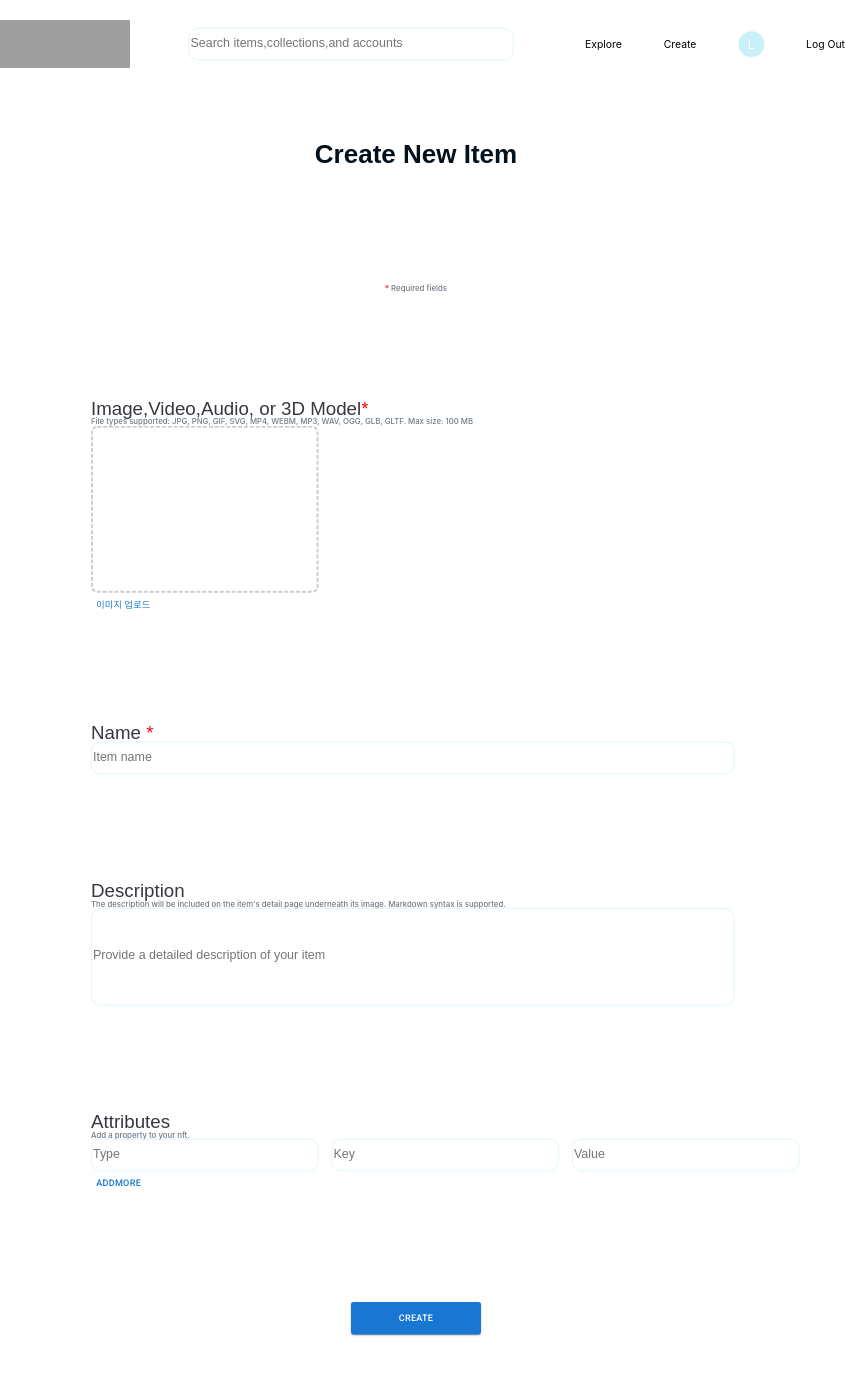
Repository: just-do-halee/beb-03-CryptoSea
Page: /create (app in client/)
These files come from the project's save history. The page is drawn as it stood at one moment and after the next save; the edit follows.
The browser window is 1280 px wide. The page is 1300 px wide, so the pictures cover 1300 px, including what lies to the right of the window. The pictures show the whole page, at 65% of full size.
Pictures or frames that could not be fetched are drawn as grey boxes. The project was rebuilt for these pictures with package versions that can differ from the ones it lists, and the page was loaded fresh each time. Also part of the build but not shown: client/src/components/mainPage/Section.js, client/src/components/mainPage/Category.js, client/src/components/mainPage/VideoSection.js, client/src/components/mainPage/Footbar.js, client/src/routers/page/MainPage.js, client/src/components/common/NFT.js, client/src/routers/page/MyAccount.js. Imported but missing from the stored project, and not drawn on this page: client/src/web3/web3.

Above is the page before, as saved 2022-04-14 13:55:37.

### client/public/index.html
<!DOCTYPE html>
<html lang="en">
  <head>
    <meta charset="utf-8" />
    <link rel="icon" href="%PUBLIC_URL%/favicon.ico" />
    <meta name="viewport" content="width=device-width, initial-scale=1" />
    <meta name="theme-color" content="#000000" />
    <meta
      name="description"
      content="Web site created using create-react-app"
    />
    <link rel="apple-touch-icon" href="%PUBLIC_URL%/logo192.png" />
    <!--
      manifest.json provides metadata used when your web app is installed on a
      user's mobile device or desktop. See https://developers.google.com/web/fundamentals/web-app-manifest/
    -->
    <link rel="manifest" href="%PUBLIC_URL%/manifest.json" />
    <!--
      Notice the use of %PUBLIC_URL% in the tags above.
      It will be replaced with the URL of the `public` folder during the build.
      Only files inside the `public` folder can be referenced from the HTML.

      Unlike "/favicon.ico" or "favicon.ico", "%PUBLIC_URL%/favicon.ico" will
      work correctly both with client-side routing and a non-root public URL.
      Learn how to configure a non-root public URL by running `npm run build`.
    -->

    <link
      rel="stylesheet"
      href="https://fonts.googleapis.com/css?family=Roboto:300,400,500,700&display=swap"
    />
    <!--google-font -->
    <link
      rel="stylesheet"
      href="https://fonts.googleapis.com/icon?family=Material+Icons"
    />
    <!-- google-font-icon -->

    <title>React App</title>
  </head>
  <body>
    <noscript>You need to enable JavaScript to run this app.</noscript>
    <div id="root"></div>
    <!--
      This HTML file is a template.
      If you open it directly in the browser, you will see an empty page.

      You can add webfonts, meta tags, or analytics to this file.
      The build step will place the bundled scripts into the <body> tag.

      To begin the development, run `npm start` or `yarn start`.
      To create a production bundle, use `npm run build` or `yarn build`.
    -->
  </body>
</html>

### client/src/index.js
import React from 'react';
import ReactDOM from 'react-dom/client';
import { BrowserRouter } from 'react-router-dom';
import { Provider } from 'react-redux';
import App from './components/App.js';
import store from './redux/store.js';
import GlobalStyle from './GlobalStyles';

const root = ReactDOM.createRoot(document.getElementById('root'));

root.render(
  <BrowserRouter>
    <GlobalStyle />
    <Provider store={store}>
      <App />
    </Provider>
  </BrowserRouter>
);

### client/src/components/App.js
import React from "react";
import { Routes, Route } from "react-router-dom";

import MainPage from "../routers/page/MainPage.js";
import CreatePage from "../routers/page/CreatePage.js";
import MyAccount from "../routers/page/MyAccount.js";
import Navbar from "./mainPage/Navbar.js";

function App() {
  return (
    <>
      <Navbar />
      <Routes>
        <Route path="/" element={<MainPage />} />
        <Route path="/create" element={<CreatePage />} />
        <Route path="/myAccounts" element={<MyAccount />} />
      </Routes>
    </>
  );
}

export default App;

### client/src/redux/store.js
import { configureStore, getDefaultMiddleware } from '@reduxjs/toolkit';
import createNFT from './createNFT/nftSlice.js';

const customizedMiddleware = getDefaultMiddleware({
  serializableCheck: false,
});
export default configureStore({
  reducer: {
    createNFT,
  },
  middleware: customizedMiddleware,
});

### client/src/GlobalStyles.js
import { createGlobalStyle } from 'styled-components';
import reset from 'styled-reset';

const GlobalStyle = createGlobalStyle`
  ${reset}
  * {
    box-sizing: border-box;
  }
  body{
    background-color: #ffffff;
    font-family: -apple-system,system-ui,BlinkMacSystemFont,"Segoe UI",Roboto,"Helvetica Neue",Arial,sans-serif;
  }
  a {
    color: inherit;
    text-decoration: none;
  }
  input, button {
    background-color: transparent;
    border: none;
    outline: none;
  }
  h1, h2, h3, h4, h5, h6{
    font-family:'Maven Pro', sans-serif;
  }
  ol, ul, li {
    list-style: none;
  }
  img {
    display: block;
    width: 100%;
    height: 100%;
  }
`;

export default GlobalStyle;

### client/src/routers/page/CreatePage.js
import styled from "styled-components";
import { useSelector } from "react-redux";
import { create } from "ipfs-http-client";
import { Button } from "@mui/material";
import { useState, useEffect } from "react";
import UploadDescription from "../../components/create/UploadDescription.js";
import UploadImg from "../../components/create/UploadImg.js";
import UploadName from "../../components/create/UploadName.js";

import UploadAttributes from "../../components/create/UploadAttribues.js";
import { web3 } from "../../web3/web3";
import getAccount from "../../Controller/getAccount.js";

// 각 컴포넌트 안에서 받아온 데이터를 redux 로 상태저장하고 그걸 보내줌.

const Container = styled.section`
  font-size: 14.5px;
  color: rgb(53, 56, 64);
  box-sizing: border-box;
  width: 100%;
  height: 2000px; //나중에 수정해줘야해
  overflow: auto;
  display: flex;
  flex-direction: column;
  justify-content: space-around;
  align-items: center;
  /* border: 1px solid black; */
  h1 {
    margin-bottom: 16px;
    font-weight: 800;
    font-size: 40px;
    letter-spacing: 0px;
    color: rgb(4, 17, 29);
  }
  p {
    font-weight: 500;
    font-size: 12px;
    color: rgb(112, 122, 131);
    span {
      color: red;
    }
  }
`;

const CreateButton = styled(Button)`
  width: 200px;
  height: 50px;
  border-radius: 20px;
`;

const CreatePage = () => {
  const [account, setAccount] = useState();
  useEffect(() => {
    getAccount(setAccount);
  }, []);
  const nftData = useSelector((state) => state.createNFT);

  console.log(nftData);
  const ipfsTransferImage = async () => {
    const { image } = nftData;
    //image = Buffer
    const client = create("https://ipfs.infura.io:5001/api/v0");
    try {
      const created = await client.add(image);
      console.log(created);
      const cid = created.cid._baseCache.get("z");
      console.log(cid);
      ipfsTransferMetaData(cid);
    } catch (error) {
      console.log(error.message);
    }
  };

  const ipfsTransferMetaData = async (cid) => {
    const { name, description, attributes } = nftData;
    const metaData = {
      ctype: "ipfs",
      cid,
      name,
      description,
      attributes,
    };
    try {
      const client = create("https://ipfs.infura.io:5001/api/v0");
      const created = await client.add(JSON.stringify(metaData));
      console.log(created);
      const cid = created.cid._baseCache.get("z");
      console.log(cid);
    } catch (err) {
      console.log(err);
    }
  };

  // const sendTransaction = async (metaCid, ContractAddress) => {
  //   console.log(myWalletAdress);
  //   try {
  //     web3.eth.sendTransaction({
  //       from: ContractAddress,
  //       to: myWalletAdress,
  //       value:,
  //       data:
  //     });
  //   } catch (err) {
  //     console.log(err);
  //   }
  // };

  return (
    <Container>
      <h1>Create New Item</h1>
      <p>
        <span>*</span> Required fields
      </p>
      <UploadImg />
      <UploadName />
      {/* <UploadLink /> */}
      <UploadDescription />
      <UploadAttributes />
      <CreateButton variant="contained" onClick={ipfsTransferImage}>
        Create
      </CreateButton>
    </Container>
  );
};

export default CreatePage;

### client/src/components/mainPage/Navbar.js
import styled from "styled-components";

import { useEffect, useState } from "react";
import { Avatar } from "@mui/material";
import AccountBalanceWalletIcon from "@mui/icons-material/AccountBalanceWallet";
import StyledInput from "../common/StyledInput";

import { useDispatch } from "react-redux";

import { Link } from "react-router-dom";

import getAccount from "../../Controller/getAccount";
import connectWallet from "../../Controller/ConnectWallet";
import disConnectWallet from "../../Controller/disConnectWallet";

const NavbarContainer = styled.nav`
  width: 1300px;
  margin: 0 auto;
  display: flex;
  justify-content: space-between;
  align-items: center;
  /* background-color: #dcf5fc; */
  /* border: 1px solid black; */
  margin-top: 30px;
  margin-bottom: 30px;
  img {
    width: 200px;
    /* border: 1px solid black; */
  }
  .search-bar {
    width: 600px;
    /* border: 1px solid black; */
    display: flex;
    justify-content: center;
  }
  ul {
    width: 400px;
    display: flex;
    justify-content: space-around;
    align-items: center;
    /* border: 1px solid black; */
    display: flex;
    justify-content: space-between;
  }
  .log-out {
    cursor: pointer;
  }
`;
const SearchInput = styled(StyledInput)`
  width: 500px;
`;
const Logo = styled.img.attrs({
  src: "https://media.discordapp.net/attachments/961785188399087616/963737072219349003/logo-removebg-preview_1.png",
})`
  width: 300px;
  height: 75px;
  cursor: pointer;
`;

//NavBar 반응형 구현!!!!!

const Navbar = () => {
  const dispatch = useDispatch();
  const [accounts, setAccounts] = useState("");
  useEffect(() => {
    setAccounts(getAccount);
  }, []);

  return (
    <NavbarContainer>
      <Link to="/">
        <Logo />
      </Link>

      <div className="search-bar">
        <form action="">
          <SearchInput
            type="search"
            placeholder="Search items,collections,and accounts"
          />
        </form>
      </div>
      <ul>
        <li>
          <Link to="/explore">Explore</Link>
        </li>
        <li>
          <Link to="/create">Create</Link>
        </li>
        <li>
          {accounts !== "" ? (
            <Link to="/myAccounts">
              <Avatar sx={{ bgcolor: "#caf1fa" }}>L</Avatar>
            </Link>
          ) : (
            <Avatar>N</Avatar>
          )}
        </li>
        <li>
          {accounts === "" ? (
            <AccountBalanceWalletIcon
              color="action"
              fontSize="large"
              onClick={() => connectWallet(getAccount(setAccounts))}
            />
          ) : (
            <div
              className="log-out"
              onClick={() => disConnectWallet(setAccounts)}
            >
              Log Out
            </div>
          )}
        </li>
      </ul>
    </NavbarContainer>
  );
};

export default Navbar;

### client/src/redux/createNFT/nftSlice.js
import { createSlice } from "@reduxjs/toolkit";

export const nftSlice = createSlice({
  name: "createNFT",
  initialState: {
    name: "",
    description: "",
    image: [],
    attributes: [{ atype: "", akey: "", avalue: "" }],
  },
  reducers: {
    incrementName: (state, action) => {
      state.name = action.payload;
    },
    incrementImgFile: (state, action) => {
      state.image = action.payload;
    },
    incrementLink: (state, action) => {
      state.link = action.payload;
    },
    incrementDescription: (state, action) => {
      state.description = action.payload;
    },
    incrementAttributes: (state, action) => {
      // console.log(action);

      if (action.payload === "plus") {
        state.attributes = [
          ...state.attributes,
          { atype: "", akey: "", avalue: "" },
        ];
      }

      const { atype, akey, avalue, index } = action.payload;
      if (atype !== undefined) {
        state.attributes[index].atype = atype;
      }
      if (akey !== undefined) {
        state.attributes[index].akey = akey;
      }
      if (avalue !== undefined) {
        state.attributes[index].avalue = avalue;
      }
    },
  },
});

export const {
  incrementName,
  incrementLink,
  incrementImgFile,
  incrementDescription,
  incrementAttributes,
} = nftSlice.actions;

export default nftSlice.reducer;

### client/src/components/create/UploadDescription.js
import styled from 'styled-components';
import { useDispatch } from 'react-redux';

import CreateContaier from '../common/CreateContainer.js';
import FormInput from '../common/FormInput.js';

import { incrementDescription } from '../../redux/createNFT/nftSlice.js';

const TextAreaInput = styled(FormInput)`
  height: 150px;
`;

const UploadDescription = () => {
  const dispatch = useDispatch();
  return (
    <CreateContaier>
      <h3>Description</h3>
      <p>
        The description will be included on the item's detail page underneath
        its image. Markdown syntax is supported.
      </p>
      <TextAreaInput
        type="text"
        placeholder="Provide a detailed description of your item"
        onChange={(e) => dispatch(incrementDescription(e.target.value))}
      />
    </CreateContaier>
  );
};

export default UploadDescription;

### client/src/components/create/UploadImg.js
import styled from "styled-components";

import { useDispatch } from "react-redux";
import { useRef, useState } from "react";
import CreateContaier from "../common/CreateContainer.js";
import { incrementImgFile } from "../../redux/createNFT/nftSlice.js";
import { Button } from "@mui/material";

const Container = styled(CreateContaier)`
  div {
    font-family: Poppins, sans-serif;
    line-height: 1.5;
    font-size: 14px;
    color: rgb(53, 56, 64);
    box-sizing: border-box;
    height: 257px;
    width: 350px;
    display: flex;
    flex-direction: column;
    -webkit-box-pack: center;
    justify-content: center;
    -webkit-box-align: center;
    align-items: center;
    position: relative;
    padding: 4px;
    cursor: pointer;
    border: 3px dashed rgb(204, 204, 204);
    border-radius: 10px;

    input {
      cursor: pointer;
      box-sizing: border-box;
      text-rendering: optimizelegibility;
      font-feature-settings: "liga" !important;
      font-size: 84px !important;
      font-weight: normal;
      font-style: normal;
      line-height: 1;
      letter-spacing: normal;
      text-transform: none;
      display: none;
      white-space: nowrap;
      word-wrap: normal;
      direction: ltr;

      color: rgb(204, 204, 204);
    } //input 수정해야함.
  }
`;

const UploadImg = () => {
  const dispatch = useDispatch();
  const [imageSrc, setImageSrc] = useState("");
  const nftImgInput = useRef();
  const onImgInputBtnClick = (e) => {
    e.preventDefault();
    nftImgInput.current.click();
  };

  const encodeFileToArrayBuffer = (file) => {
    const reader = new FileReader();
    reader.readAsArrayBuffer(file);
    // reader.readAsDataURL(file);
    return new Promise((resolve) => {
      reader.onload = () => {
        dispatch(incrementImgFile(reader.result));
        resolve();
      };
    });
  };

  const encodeFileToEncoded64 = (file) => {
    const reader = new FileReader();
    reader.readAsDataURL(file);
    return new Promise((resolve) => {
      reader.onload = () => {
        setImageSrc(reader.result);
        resolve();
      };
    });
  };

  return (
    <Container>
      <h3>
        Image,Video,Audio, or 3D Model<span>*</span>
      </h3>
      <p>
        File types supported: JPG, PNG, GIF, SVG, MP4, WEBM, MP3, WAV, OGG, GLB,
        GLTF. Max size: 100 MB
      </p>
      <div>
        {imageSrc && <img src={imageSrc} alt="" />}
        <input
          type="file"
          ref={nftImgInput}
          accept="image/*"
          onChange={(e) => {
            encodeFileToArrayBuffer(e.target.files[0]);
            encodeFileToEncoded64(e.target.files[0]);
          }}
        />
      </div>
      <Button onClick={onImgInputBtnClick}>이미지 업로드</Button>
    </Container>
  );
};

export default UploadImg;

### client/src/components/create/UploadName.js
import FormInput from '../common/FormInput.js';
import CreateContaier from '../common/CreateContainer.js';
import { useDispatch } from 'react-redux';
import { incrementName } from '../../redux/createNFT/nftSlice.js';

const UploadName = () => {
  const dispatch = useDispatch();
  return (
    <CreateContaier>
      <h3>
        Name <span>*</span>
      </h3>
      <FormInput
        type="text"
        placeholder="Item name"
        onChange={(e) => dispatch(incrementName(e.target.value))}
      />
    </CreateContaier>
  );
};

export default UploadName;

### client/src/components/create/UploadAttribues.js
import { Button } from "@mui/material";
import { incrementAttributes } from "../../redux/createNFT/nftSlice.js";
import { useDispatch, useSelector } from "react-redux";

import CreateContaier from "../common/CreateContainer";
import FlexContainer from "../common/FlexContainer";
import StyledInput from "../common/StyledInput";

const UploadAttributes = () => {
  const dispatch = useDispatch();

  const attributes = useSelector((state) => state.createNFT.attributes);

  return (
    <CreateContaier>
      <h3>Attributes</h3>
      <p>Add a property to your nft.</p>
      {attributes.map((value, index) => {
        return (
          <div key={index}>
            <FlexContainer>
              <StyledInput
                placeholder="Type"
                onChange={(e) =>
                  dispatch(
                    incrementAttributes({ atype: e.target.value, index })
                  )
                }
              />
              <StyledInput
                placeholder="Key"
                onChange={(e) =>
                  dispatch(incrementAttributes({ akey: e.target.value, index }))
                }
              />
              <StyledInput
                placeholder="Value"
                onChange={(e) =>
                  dispatch(
                    incrementAttributes({ avalue: e.target.value, index })
                  )
                }
              />
            </FlexContainer>
          </div>
        );
      })}
      {/* 폼을 돌아도 하나만 들어가 ㅠㅠㅠ 이거 어떻게 해결할수 있을까 ㅠㅠ */}
      <Button onClick={() => dispatch(incrementAttributes("plus"))}>
        AddMore
      </Button>
    </CreateContaier>
  );
};

export default UploadAttributes;

### client/src/Controller/getAccount.js
const getAccount = async (callback) => {
  try {
    const account = await window.ethereum.request({ method: "eth_accounts" });
    callback(account);
  } catch (err) {
    console.log(err);
  }
};

export default getAccount;

### client/src/components/common/CreateContainer.js
import styled from 'styled-components';

const CreateContaier = styled.div`
  display: flex;
  flex-direction: column;
  justify-content: center;
  align-items: flex-start;
  /* border: 1px solid black; */
  width: 1000px;
  h3 {
    font-size: 1.8rem;
  }
  p {
    font-size: 1rem;
  }
  span {
    color: red;
  }
`;

export default CreateContaier;

### client/src/components/common/FlexContainer.js
import styled from 'styled-components';

const FlexContainer = styled.div`
  display: flex;
  flex-direction: row;
  justify-content: center;
  align-items: center;
`;

export default FlexContainer;

### client/src/components/common/StyledInput.js
import styled from "styled-components";

const StyledInput = styled.input`
  width: 350px;
  height: 50px;
  border-radius: 15px;
  border: none;

  margin-right: 20px;
  border: 0.3px solid #caf1fa;
  ::placeholder {
    color: whiteGrey;
    font-size: 1.2rem;
  }
`;

export default StyledInput;

### client/src/Controller/ConnectWallet.js
import { logIn } from "../redux/account/accountSlice";

const connectWallet = async (dispatch) => {
  try {
    let accounts = await window.ethereum.request({
      method: "eth_requestAccounts",
    });
    dispatch(logIn(accounts[0]));
  } catch (err) {
    console.log(err);
  }
};

export default connectWallet;

### client/src/Controller/disConnectWallet.js
const disConnectWallet = async (callback) => {
  try {
    const accounts = window.ethereum.request({
      method: "eth_requestAccounts",
    });
    if (accounts) {
      window.ethereum.on("disconnect", (err) => {
        console.log(err);
      });
      callback("");
      window.location.reload();
    }
  } catch (err) {
    console.log(err);
  }
};

export default disConnectWallet;

### client/src/components/common/FormInput.js
import styled from 'styled-components';
import StyledInput from './StyledInput.js';
const FormInput = styled(StyledInput)`
  border: 0.3px solid #caf1fa;
  width: 99%;
`;

export default FormInput;

### client/src/redux/account/accountSlice.js
import { createSlice } from "@reduxjs/toolkit";

export const accountSlice = createSlice({
  name: "accounts",
  initialState: {
    accounts: "",
  },
  reducers: {
    logOut: (state) => {
      state.accounts = "";
      console.log(state.accounts);
    },
    logIn: (state, action) => {
      state.accounts = action.payload;
      console.log(state.accounts);
    },
  },
});

export const { logIn, logOut } = accountSlice.actions;

export default accountSlice.reducer;

After the next save:
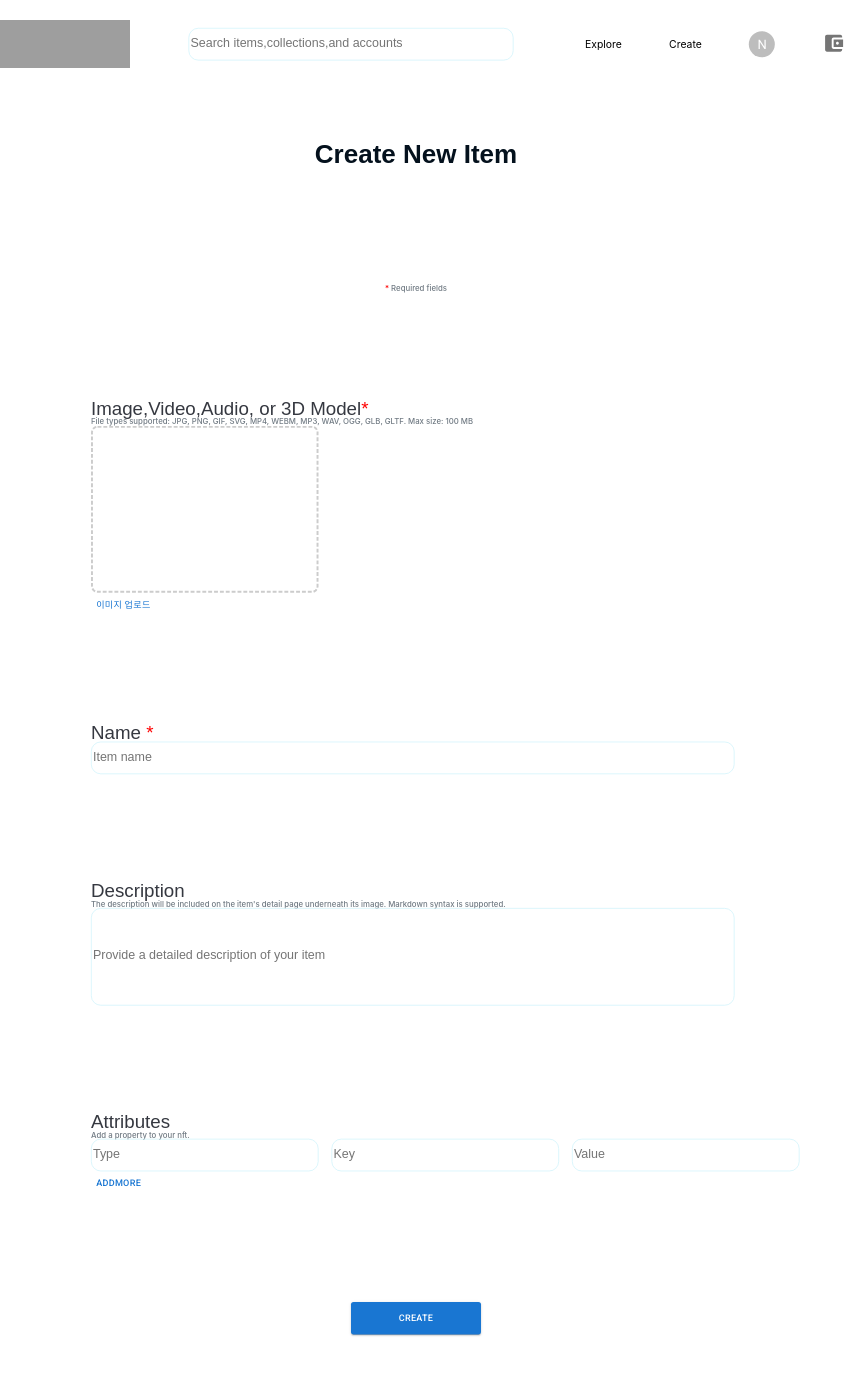
Saved 24 s later.
--- a/client/src/components/mainPage/Navbar.js
+++ b/client/src/components/mainPage/Navbar.js
@@ -62,9 +62,6 @@ const Logo = styled.img.attrs({
 const Navbar = () => {
   const dispatch = useDispatch();
   const [accounts, setAccounts] = useState("");
-  useEffect(() => {
-    setAccounts(getAccount);
-  }, []);
 
   return (
     <NavbarContainer>
